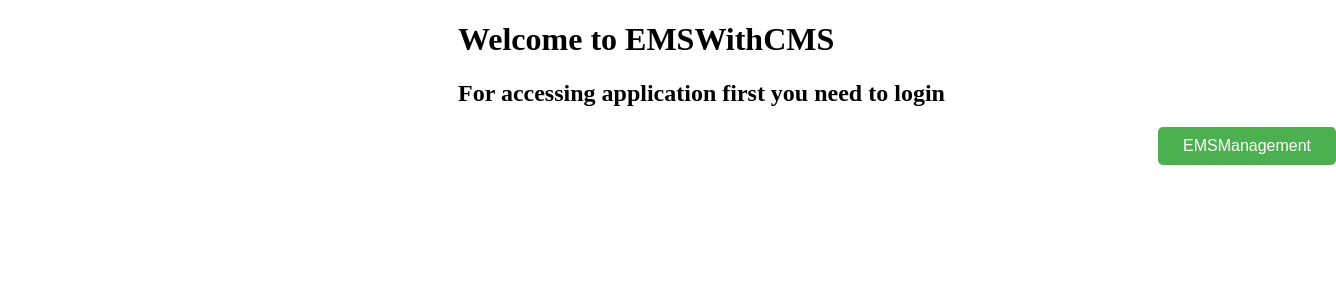
Repository: varnittyagi120/javaproject2
Page: eclipse-workspaceone/CMSWithEMSUsingServletInOptmiseWay/WebContent/index.html
An editor plug-in stored every save of this project. The page is shown before and after the next save, followed by the edit.
The browser window is 1280 px wide. The page is 1336 px wide, so the pictures cover 1336 px, including what lies to the right of the window. The pictures show the whole page.

Above is the page before, as saved 2019-11-19 09:25:45.

### eclipse-workspaceone/CMSWithEMSUsingServletInOptmiseWay/WebContent/index.html
<!DOCTYPE html>
<html>
<style>
.button{
  background-color: #4CAF50;
  border: none;
  color: white;
  padding: 10px 25px;
  text-align: center;
  text-decoration: none;
  display: inline-block;
  font-size: 16px;

  border-radius:5px;
}

</style>
<body>
        <h1 style='margin-left:450px'>Welcome to EMSWithCMS</h1>
        <h2 style='margin-left:450px'>For accessing application first you need to login</h2>
	    <a href = "StartOfEMS"><button style='margin-left:1150px'class="button" >EMSManagement</button></a><br><br>
</body>
</html>

After the next save:
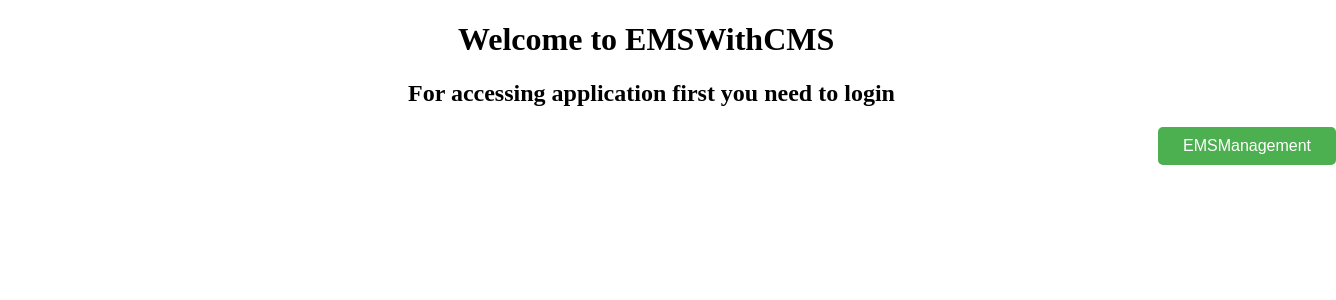
Saved 8 s later.
--- a/eclipse-workspaceone/CMSWithEMSUsingServletInOptmiseWay/WebContent/index.html
+++ b/eclipse-workspaceone/CMSWithEMSUsingServletInOptmiseWay/WebContent/index.html
@@ -17,7 +17,7 @@
 </style>
 <body>
         <h1 style='margin-left:450px'>Welcome to EMSWithCMS</h1>
-        <h2 style='margin-left:450px'>For accessing application first you need to login</h2>
+        <h2 style='margin-left:400px'>For accessing application first you need to login</h2>
 	    <a href = "StartOfEMS"><button style='margin-left:1150px'class="button" >EMSManagement</button></a><br><br>
 </body>
 </html>
